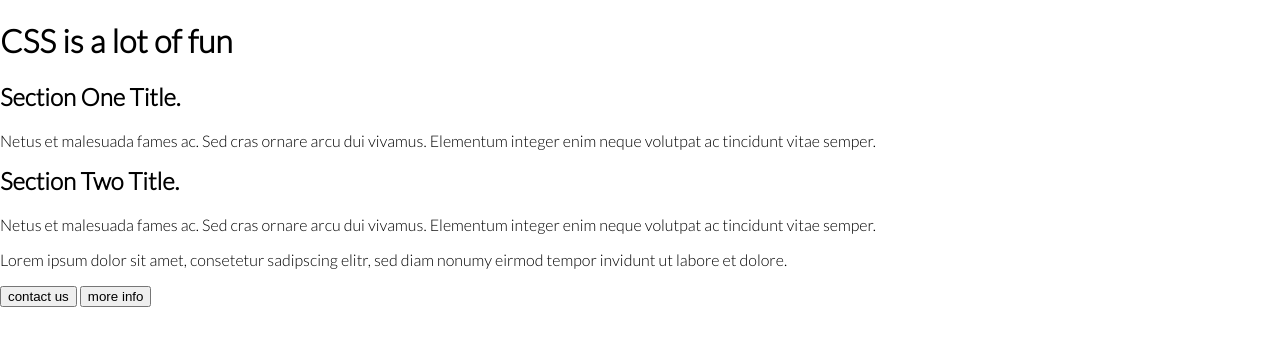
Repository: Doumham-Armah/sample-landing-page
Page: index.html
The author's editor kept a copy of each file at every save. The page is drawn from the files as they stood at one save, then again after the next save.
The browser window is 1280 px wide. The pictures show the whole page.

Above is the page before, as saved 2021-08-16 12:29:53.

After the next save:
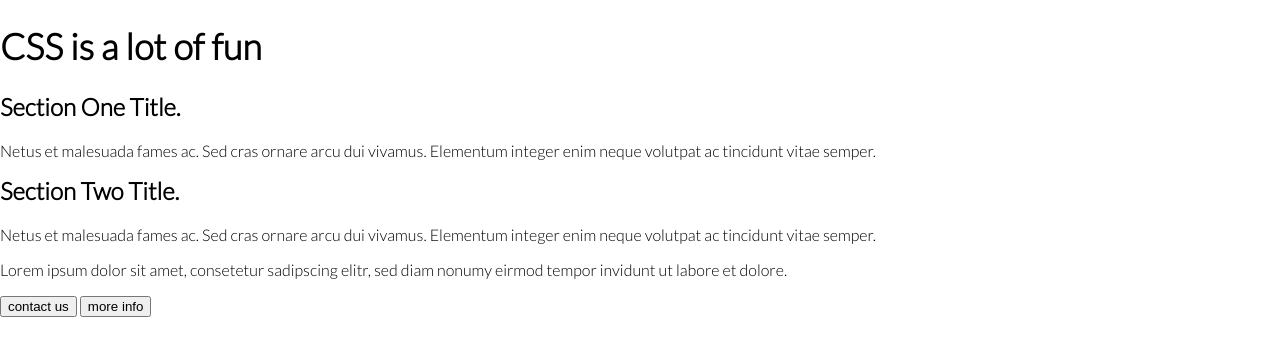
Saved 38 s later.
--- a/style.css
+++ b/style.css
@@ -1,6 +1,10 @@
 body {
   margin: 0;
   font-family: "Lato", sans-serif;
+}
+
+h1 {
+  font-size: 36px;
 }
 h2,
 p {
